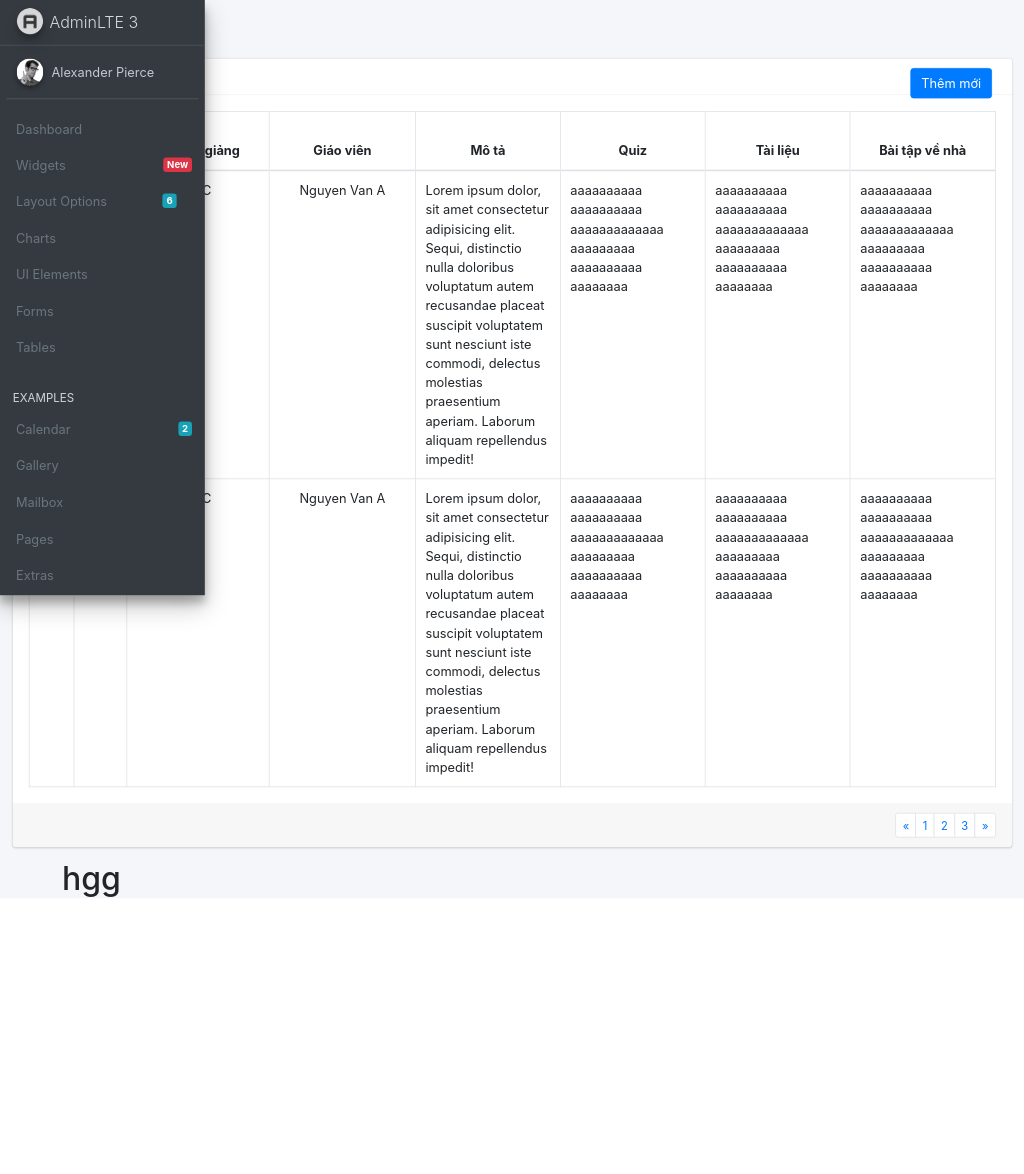
Repository: huyennvo/table
Page: http://localhost/table/lessons
The author's editor kept a copy of each file at every save. The page is drawn from the files as they stood at one save, then again after the next save.
The browser window is 1280 px wide. The pictures show the whole page, at 80% of full size.
Some web fonts or font styles are not loaded; a fallback is used. The page is served by the project's Laravel application, run on PHP 8.4 with Laravel 8. Other server files are loaded and not shown.

Above is the page before, as saved 2022-08-12 16:40:35.

### routes/web.php
<?php

use Illuminate\Support\Facades\Route;

/*
|--------------------------------------------------------------------------
| Web Routes
|--------------------------------------------------------------------------
|
| Here is where you can register web routes for your application. These
| routes are loaded by the RouteServiceProvider within a group which
| contains the "web" middleware group. Now create something great!
|
*/

Route::get('/table', function () {
    return view('index');
});

Route::get('/table/courses', function () {
    return view('courses');
});

Route::get('/table/lessons', function () {
    return view('lessons');
});

Route::get('/table/students', function () {
    return view('students');
});

### resources/views/lessons.blade.php
@extends('layouts.content-header')
@section('content-body')
    <!-- Main content -->

    <section class="content">
      <div class="container-fluid">
        <div class="row">
          <div class="col-md-12">
            <div class="card">
              <div class="card-header">
                <h3 class="card-title">Bài giảng</h3>
                <button type="button" class="btn btn-primary" data-toggle="modal" data-target="#myModal" style="position: absolute;  right: 2%;" >Thêm mới</button>
              </div>
              <!-- /.card-header -->
              <div class="card-body">
                <table class="table table-bordered" >
                  <thead>
                    <tr>
                      <th style="width: 10px">STT</th>
                      <th class="course-id" style="width: 10px">Khóa học</th>
                      <th class="name">Tên Bài giảng</th>
                      <th>Giáo viên</th>
                      <th style="width: 15%">Mô tả</th>
                      <th style="width: 15%">Quiz</th>
                      <th style="width: 15%">Tài liệu</th>
                      <th style="width: 15%">Bài tập về nhà</th>
                    </tr>
                  </thead>
                  <tbody>
                    <tr>
                      <td style="text-align:center;">1</td>
                      <td class="course-id">1</td>
                      <td class="name">ABC</td>
                      <td style="text-align:center;">
                        Nguyen Van A
                      </td>
                      <td>Lorem ipsum dolor, sit amet consectetur adipisicing elit. Sequi, distinctio nulla doloribus voluptatum autem recusandae placeat suscipit voluptatem sunt nesciunt iste commodi, delectus molestias praesentium aperiam. Laborum aliquam repellendus impedit!</td>
                      <td>aaaaaaaaaa aaaaaaaaaa aaaaaaaaaaaaa aaaaaaaaa aaaaaaaaaa aaaaaaaa</td>
                      <td>aaaaaaaaaa aaaaaaaaaa aaaaaaaaaaaaa aaaaaaaaa aaaaaaaaaa aaaaaaaa</td>
                      <td>aaaaaaaaaa aaaaaaaaaa aaaaaaaaaaaaa aaaaaaaaa aaaaaaaaaa aaaaaaaa</td>
                    </tr>
                    <tr>
                      <td style="text-align:center;">1</td>
                      <td class="course-id" >1</td>
                      <td class="name">ABC</td>
                      <td style="text-align:center;">
                        Nguyen Van A
                      </td>
                      <td>Lorem ipsum dolor, sit amet consectetur adipisicing elit. Sequi, distinctio nulla doloribus voluptatum autem recusandae placeat suscipit voluptatem sunt nesciunt iste commodi, delectus molestias praesentium aperiam. Laborum aliquam repellendus impedit!</td>
                      <td>aaaaaaaaaa aaaaaaaaaa aaaaaaaaaaaaa aaaaaaaaa aaaaaaaaaa aaaaaaaa</td>
                      <td>aaaaaaaaaa aaaaaaaaaa aaaaaaaaaaaaa aaaaaaaaa aaaaaaaaaa aaaaaaaa</td>
                      <td>aaaaaaaaaa aaaaaaaaaa aaaaaaaaaaaaa aaaaaaaaa aaaaaaaaaa aaaaaaaa</td>
                    </tr>


                  </tbody>
                </table>
              </div>
              <!-- /.card-body -->
              <div class="card-footer clearfix">
                <ul class="pagination pagination-sm m-0 float-right">
                  <li class="page-item"><a class="page-link" href="#">&laquo;</a></li>
                  <li class="page-item"><a class="page-link" href="#">1</a></li>
                  <li class="page-item"><a class="page-link" href="#">2</a></li>
                  <li class="page-item"><a class="page-link" href="#">3</a></li>
                  <li class="page-item"><a class="page-link" href="#">&raquo;</a></li>
                </ul>
              </div>
            </div>

          </div>

        </div>


        <!-- /.row -->

        <!-- /.row -->
      </div><!-- /.container-fluid -->
    </section>
    <!-- /.content -->
    <div class="container">
  <h1>hgg</h1>

  <!-- The Modal -->
  <div class="modal fade" id="myModal">
    <div class="modal-dialog modal-xl">
      <div class="modal-content">

        <!-- Modal Header -->
        <div class="modal-header">
          <h4 class="modal-title">Modal Heading</h4>
          <button type="button" class="close" data-dismiss="modal">&times;</button>
        </div>

        <!-- Modal body -->
        <div class="modal-body">
          Modal body..
        </div>

        <!-- Modal footer -->
        <div class="modal-footer">
          <button type="button" class="btn btn-secondary" data-dismiss="modal">Close</button>
        </div>

      </div>
    </div>
  </div>

</div>
@endsection

### resources/views/layouts/content-header.blade.php
@extends('layouts.menu')
@section('content-header')
    <section class="content-header">
      <div class="container-fluid">
        <div class="row mb-2">
          <div class="col-sm-6">
            <h1>Table</h1>
          </div>
        </div>
      </div><!-- /.container-fluid -->
    </section>
@endsection

### resources/views/layouts/index.blade.php
<!DOCTYPE html>
<html>
<head>
  <meta charset="utf-8">
  <meta http-equiv="X-UA-Compatible" content="IE=edge">
  <title>Table</title>
  <meta name="viewport" content="width=device-width, initial-scale=1">

  <link rel="stylesheet" href="{{asset('css/adminlte.min.css')}}">
  <link rel="stylesheet" href="{{asset('css/style.css')}}">
  <!-- Google Font: Source Sans Pro -->
  <link href="https://fonts.googleapis.com/css?family=Source+Sans+Pro:300,400,400i,700" rel="stylesheet">
</head>
<body>
<div >
@yield('menu')

<div class="content-wrapper">

@yield('content-header')

@yield('content-body')

</div>


  <!-- /.content-wrapper -->
  <!-- /.control-sidebar -->
</div>

</body>
</html>

### public/css/style.css
th {
    text-align: center;
}

.course-id {
    text-align: center;
}

.name {
    text-align: center;
}

#menu {
    background-color: #343A40;
    width: 20vw;
    overflow: auto !important;
}

table {
    position: relative;
}

.table-scroll {
    overflow-x: scroll;
    overflow-y: visible;
    padding-bottom: 5px;
    width: 100%;
}

Loaded but not shown: public/css/adminlte.min.css (library); resources/views/layouts/menu.blade.php (478 lines, source omitted)

After the next save:
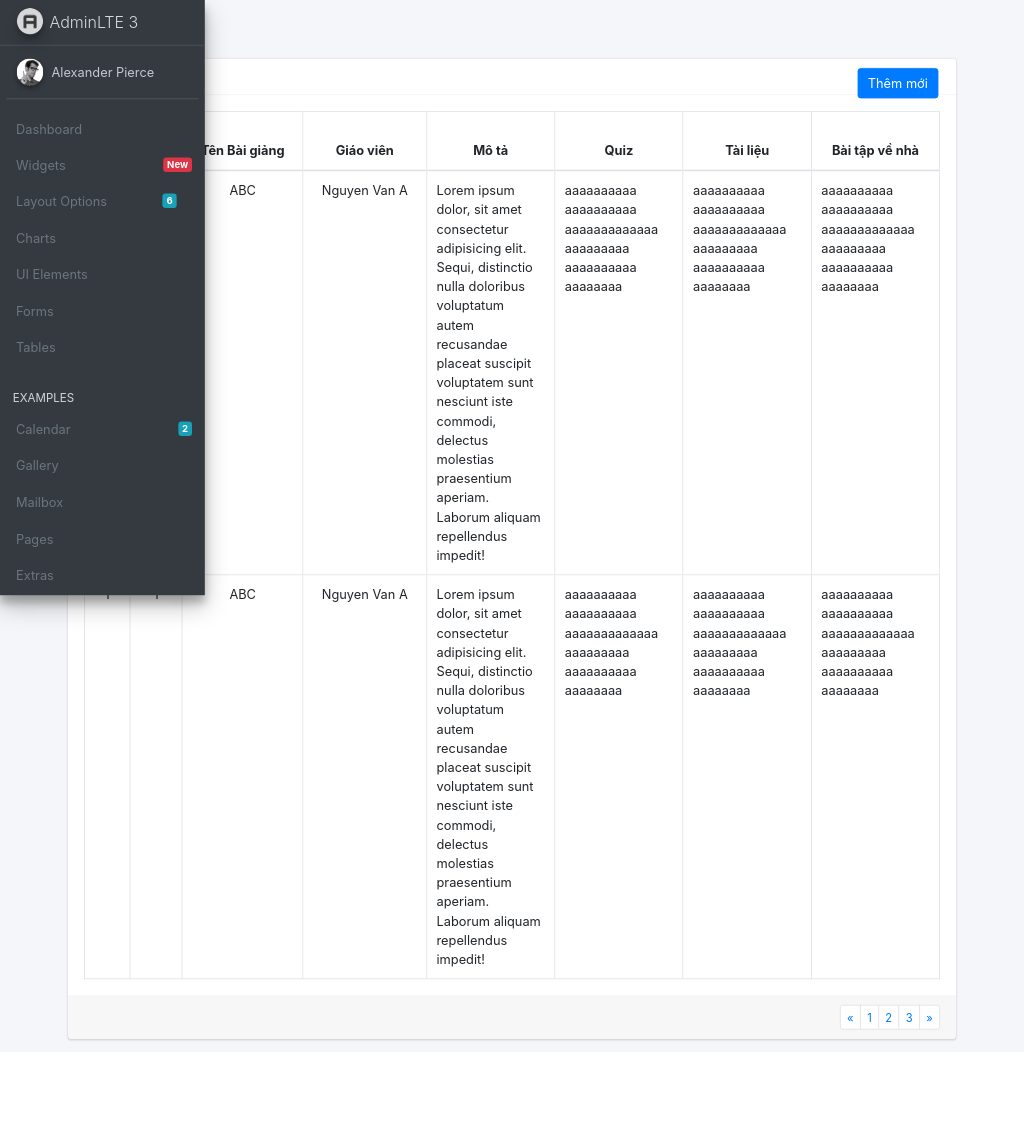
Saved 3 min 55 s later.
--- a/resources/views/lessons.blade.php
+++ b/resources/views/lessons.blade.php
@@ -1,7 +1,7 @@
 @extends('layouts.content-header')
 @section('content-body')
     <!-- Main content -->
-
+    <div class="container">
     <section class="content">
       <div class="container-fluid">
         <div class="row">
@@ -79,8 +79,8 @@
       </div><!-- /.container-fluid -->
     </section>
     <!-- /.content -->
-    <div class="container">
-  <h1>hgg</h1>
+
+
 
   <!-- The Modal -->
   <div class="modal fade" id="myModal">
